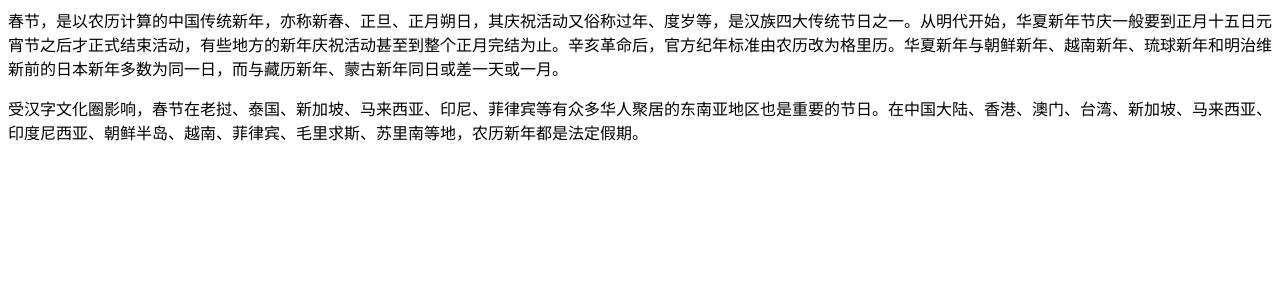
Repository: XueJie1/computer-operation-basics
Page: pages/springfes/introduction.html
An editor plug-in stored every save of this project. The page is shown before and after the next save, followed by the edit.
The browser window is 1280 px wide. The pictures show the whole page.

Above is the page before, as saved 2023-09-03 14:02:49.

After the next save:
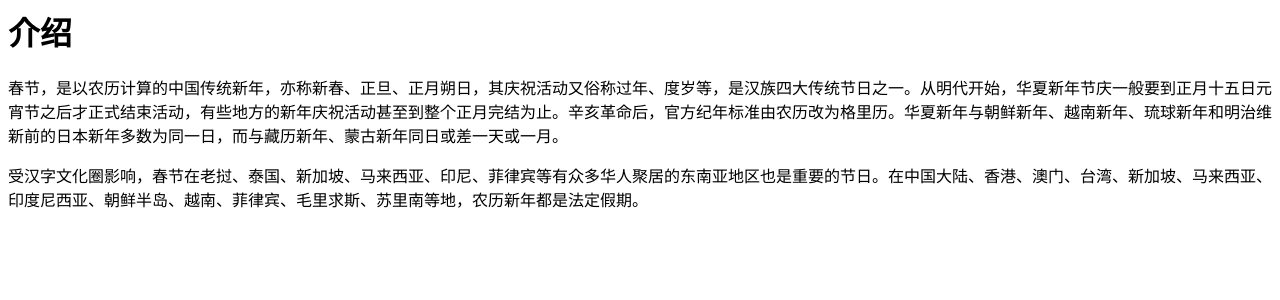
Saved 29 s later.
--- a/pages/springfes/introduction.html
+++ b/pages/springfes/introduction.html
@@ -1,3 +1,4 @@
+<h1>介绍</h1>
 <p>春节，是以农历计算的中国传统新年，亦称新春、正旦、正月朔日，其庆祝活动又俗称过年、度岁等，是汉族四大传统节日之一。从明代开始，华夏新年节庆一般要到正月十五日元宵节之后才正式结束活动，有些地方的新年庆祝活动甚至到整个正月完结为止。辛亥革命后，官方纪年标准由农历改为格里历。华夏新年与朝鲜新年、越南新年、琉球新年和明治维新前的日本新年多数为同一日，而与藏历新年、蒙古新年同日或差一天或一月。
 </p>
 <p>受汉字文化圈影响，春节在老挝、泰国、新加坡、马来西亚、印尼、菲律宾等有众多华人聚居的东南亚地区也是重要的节日。在中国大陆、香港、澳门、台湾、新加坡、马来西亚、印度尼西亚、朝鲜半岛、越南、菲律宾、毛里求斯、苏里南等地，农历新年都是法定假期。
